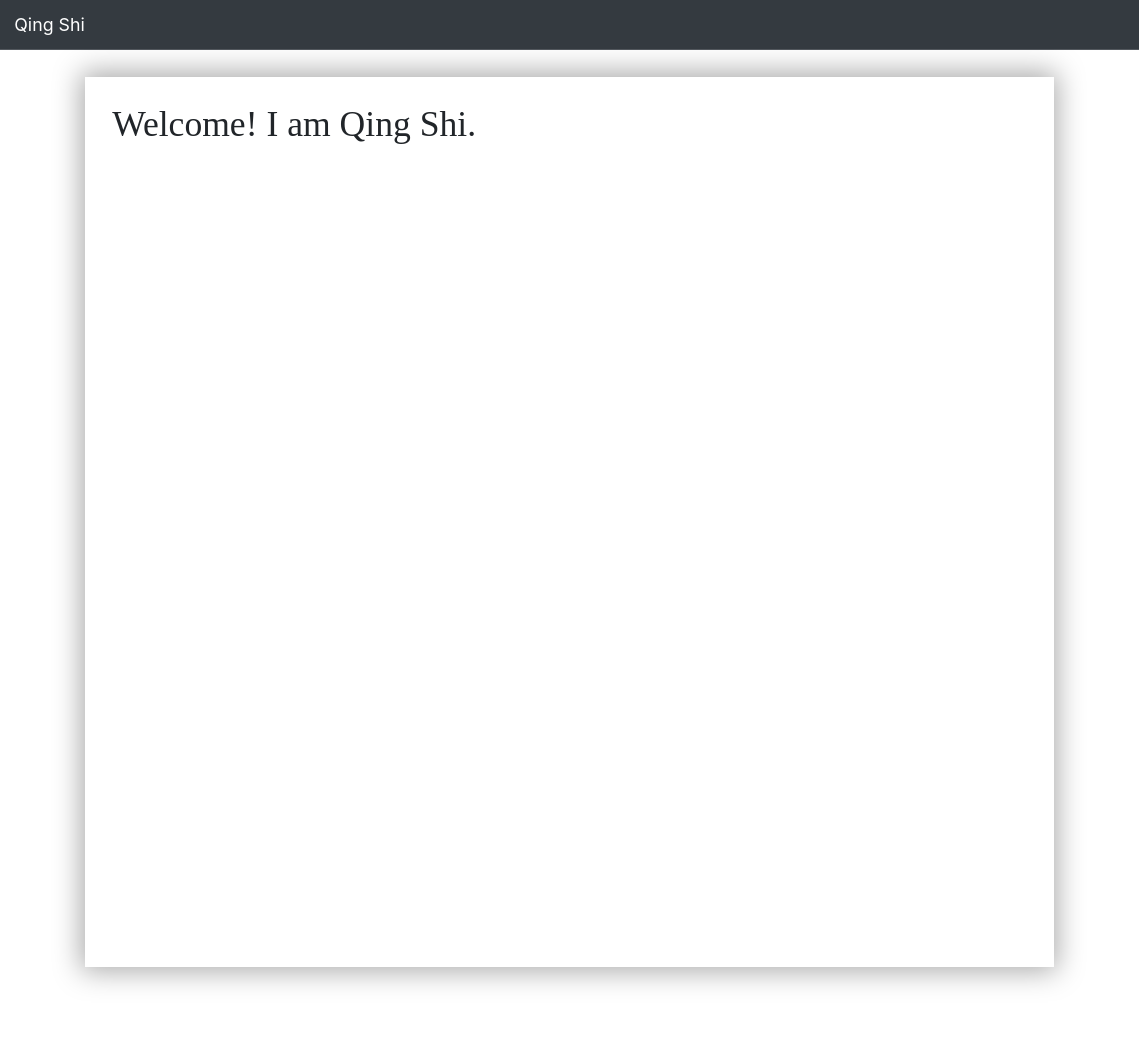
Repository: sqsssq/webpage
Page: index.html
An editor plug-in stored every save of this project. The page is shown before and after the next save, followed by the edit.
The browser window is 1280 px wide. The pictures show the whole page, at 89% of full size.
Some web libraries are served in a nearby version.

Above is the page before, as saved 2022-03-27 23:38:41.

After the next save:
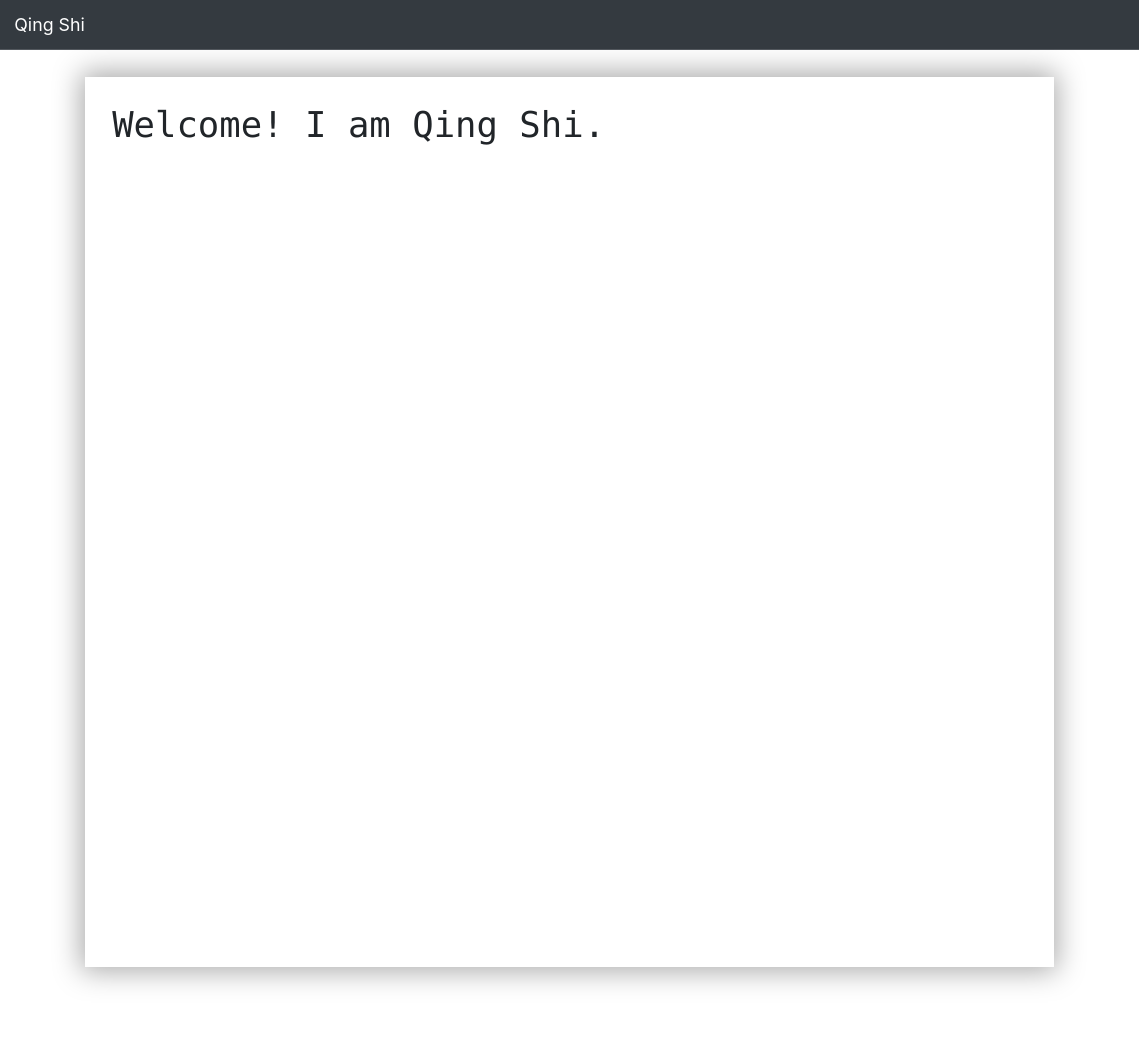
Saved 45 s later.
--- a/css/index.css
+++ b/css/index.css
@@ -27,7 +27,7 @@ body {
 
 #titleFont {
     /* Garamond */
-    font-family: Georia;
+    font-family: Monaco;
 }
 
 /*chrome--------------------------------------------start*/
